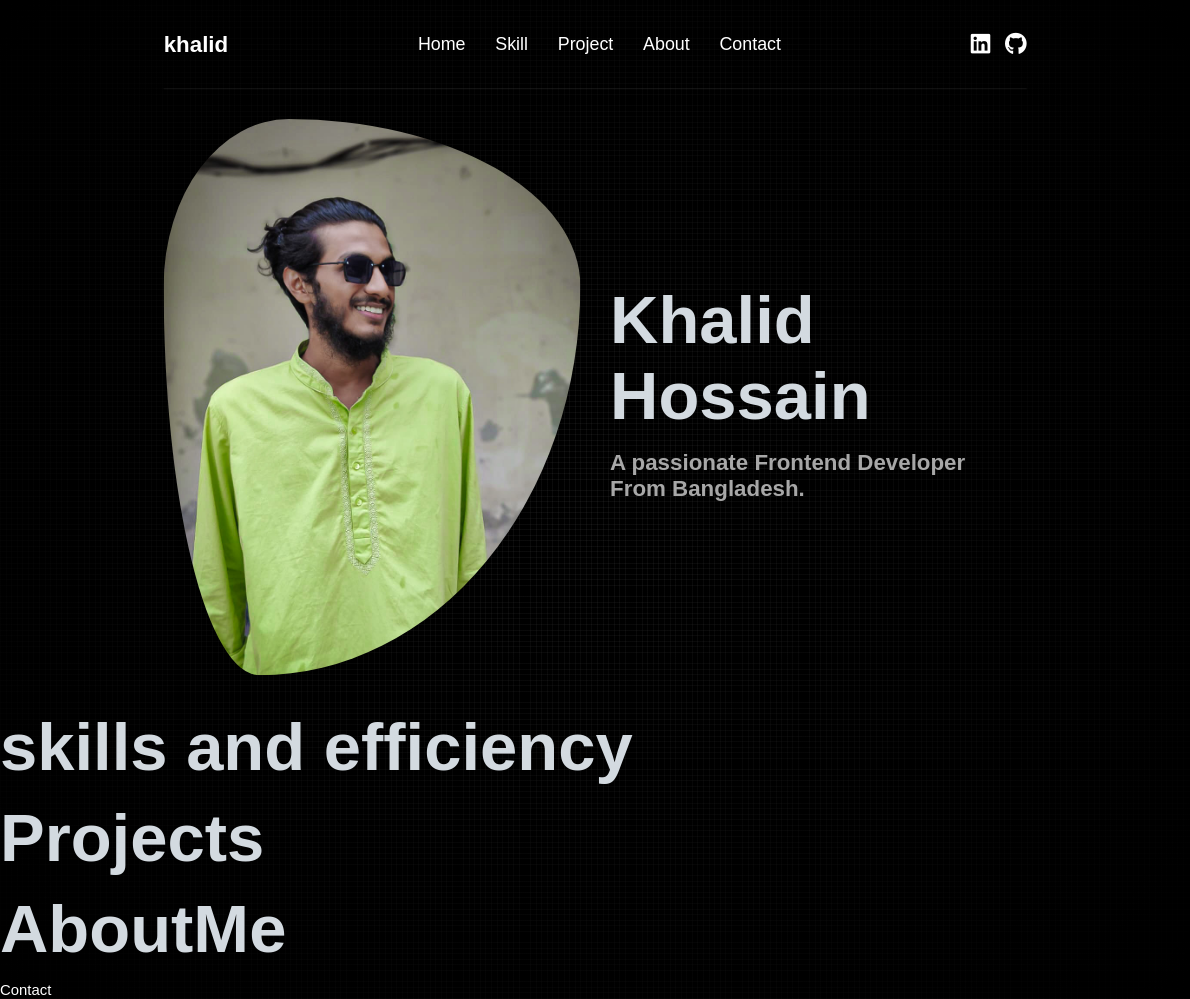
Repository: badhon252/my-portfolio
Page: /
The author's editor kept a copy of each file at every save. The page is drawn from the files as they stood at one save, then again after the next save.
The browser window is 1280 px wide. The pictures show the whole page, at 93% of full size.
The project was rebuilt for these pictures with package versions that can differ from the ones it lists, and the page was loaded fresh each time. Also part of the build but not shown: src/Components/Home/Header/Navbar/Navs/LinkedIn/LinkedIn.module.css, src/Components/Home/Header/Navbar/Navs/GitHub/Github.module.css.

Above is the page before, as saved 2023-01-15 23:55:21.

### public/index.html
<!DOCTYPE html>
<html lang="en">

<head>
    <meta charset="utf-8" />
    <link rel="icon" href="%PUBLIC_URL%/favicon.ico" />
    <meta name="viewport" content="width=device-width, initial-scale=1" />
    <meta name="theme-color" content="#000000" />
    <meta name="description" content="Web site created using create-react-app, Portfolio" />
    <link rel="apple-touch-icon" href="%PUBLIC_URL%/logo192.png" />
    <link rel="stylesheet" href="https://cdnjs.cloudflare.com/ajax/libs/font-awesome/6.2.1/css/all.min.css">
    <link rel="manifest" href="%PUBLIC_URL%/manifest.json" />

    <title>Portfolio Website</title>
</head>

<body>
    <div id="root"></div>

    <script src="https://platform.linkedin.com/badges/js/profile.js" async defer type="text/javascript"></script>

</body>

</html>

### src/index.css
body {
    margin: 0;
    font-family: -apple-system, BlinkMacSystemFont, 'Segoe UI', 'Roboto', 'Oxygen', 'Ubuntu', 'Cantarell', 'Fira Sans', 'Droid Sans', 'Helvetica Neue', sans-serif;
    -webkit-font-smoothing: antialiased;
    -moz-osx-font-smoothing: grayscale;
    background-color: #000000;
    background-image: radial-gradient(circle at center center, transparent 0%, rgb(0, 0, 0) 99%), repeating-linear-gradient(0deg, rgba(163, 163, 163, 0.07) 0px, rgba(163, 163, 163, 0.07) 1px, transparent 1px, transparent 6px), repeating-linear-gradient(90deg, rgba(163, 163, 163, 0.07) 0px, rgba(163, 163, 163, 0.07) 1px, transparent 1px, transparent 6px), linear-gradient(90deg, rgb(0, 0, 0), rgb(0, 0, 0));
    color: #ffffff;
}

code {
    font-family: source-code-pro, Menlo, Monaco, Consolas, 'Courier New', monospace;
}

* {
    margin: 0;
    padding: 0;
    box-sizing: border-box;
    font-family: 'Poppins', sans-serif;
}

### src/App.js
import Home from './Components/Home/Home';

function App() {
  return (
    <div className="App">
      <Home/>
    </div>
  );
}

export default App;

### src/Components/Home/Home.jsx
import AboutMe from "./AboutMe/AboutMe";
import Footer from "./Footer/Footer";
import Header from "./Header/Header";
import Projects from "./Project/Projects";
import Skill from "./Skill/Skill";


export default function Home() {
  return (
    <div>
        <Header />
        <Skill/>
        <Projects/>
        <AboutMe/>
        <Footer/>

    </div>
  )
}

### src/Components/Home/AboutMe/AboutMe.jsx
import React from 'react';

const AboutMe = () => {
    return (
        <div>
            <h1>AboutMe</h1>
        </div>
    );
}

export default AboutMe;

### src/Components/Home/Footer/Footer.jsx
import React from 'react'
import Contact from './Contact/Contact'

export default function Footer() {
  return (
    <div>
        <Contact/>
    </div>
  )
}

### src/Components/Home/Header/Header.jsx
import React from 'react'
import HeaderContent from './HeaderContent/HeaderContent'
import Navbar from './Navbar/Navbar'
import Classes from './Header.module.css'

export default function Header() {
  return (
    <div className={Classes.header}>
      <Navbar/>
      <HeaderContent/>
    </div>
  )
}

### src/Components/Home/Project/Projects.jsx
import React from 'react';

const Projects = () => {
    return (
        <div>
            <h1>Projects</h1>
        </div>
    );
}

export default Projects;

### src/Components/Home/Skill/Skill.jsx
import React from 'react';

const SkillEfficiency = () => {
    return (
        <div>
        <h1>skills and efficiency</h1>
        </div>
    );
}

export default SkillEfficiency;

### src/Components/Home/Header/HeaderContent/HeaderContent.jsx
import Badhon from "../../../../Assests/Images/badhon.jpg";
import HeroSection from './HeroSection'
import Classes from "./Header.module.css";

export default function HeaderContent() {
  return (
    <div>
      <div className={Classes.heroSection}>
          <div className={Classes.row}>
            <HeroSection col={Classes.col}/>
            <div className={Classes.col}>
              <img src={Badhon} alt="Badhon" className={Classes.heroImage} />
            </div>

        </div>
      </div>
    </div>
  )
}

### src/Components/Home/Header/Navbar/Navbar.jsx
import "./Navs/Navs.css"
import "./Navbar.css"
import NavbarBrand from './NavbarBrand/NavbarBrand'
import Nav from './Navs/Nav/Nav'
import LinkedIn from './Navs/LinkedIn/LinkedIn'
import GitHub from './Navs/GitHub/Github'

export default function Navbar() {
  return (
    <div className='navBar borderBottom'>
            <NavbarBrand/>
            <Nav/>
         <div className='navBar'>
            <LinkedIn/>
            <GitHub/>
         </div>
    </div>
  )
}

### src/Components/Home/Header/Header.module.css
.header {
    min-height: 100vh;
    margin: 0 10rem;
    color: aliceblue;
    padding: 0 1rem;
}

### src/Components/Home/Header/HeaderContent/HeroSection.jsx
import Classes from "./Header.module.css";


export default function HeroSection({col}) {
  return (
    <div className={col}>
          <h1 className={Classes.h1}>Khalid Hossain</h1>
          <p>
            A passionate <span>Frontend Developer </span> From Bangladesh.
          </p>
    </div>
  );
}

### src/Components/Home/Header/HeaderContent/Header.module.css
.row {
    display: flex;
    flex-direction: row-reverse;
    justify-content: space-between;
    align-items: center;
    flex-wrap: wrap;
    margin: 2rem 0;
    gap: 2rem;
}

.col {
    flex-basis: 45%;
    flex: 1;
}

.heroImage {
    min-width: 300px;
    max-width: 600px;
    width: 100%;
    height: auto;
    box-sizing: border-box;
    overflow: hidden;
    transition: .7s;
    border-radius: 30% 70% 77% 23% / 30% 30% 70% 70%;
}

.heroImage:hover {
    border-radius: 63% 27% 57% 16% / 42% 28% 38% 39%;
}

h1 {
    font-size: 4.5em;
    font-weight: 700;
    margin-bottom: 1rem;
    color: rgba(240, 248, 255, 0.877);
}

h1 span {
    color: #49ff12;
}

p {
    font-size: 1.5em;
    font-weight: 600;
    margin-bottom: 1rem;
    color: rgba(255, 255, 255, 0.651);
}

### src/Components/Home/Header/Navbar/Navs/Navs.css
.flexRow {
    display: flex;
    justify-content: space-between;
    align-items: center;
    flex-wrap: wrap;
    gap: 2rem;
}

.me_1 {
    margin-right: 1rem;
}

### src/Components/Home/Header/Navbar/Navbar.css
.boxShadow {
    -webkit-box-shadow: 0px 22px 40px -37px rgba(255, 255, 255, 1);
    -moz-box-shadow: 0px 22px 40px -37px rgba(255, 255, 255, 1);
    box-shadow: 0px 22px 40px -37px rgba(255, 255, 255, 1);
}

.borderBottom {
    border-bottom: 1px solid #f6f6f612;
}

### src/Components/Home/Header/Navbar/NavbarBrand/NavbarBrand.jsx
import Classes from "./NavbarBrand.module.css"
export default function NavbarBrand() {
  return (
    <div className={Classes.navbarBrand}>khalid</div>
  )
}

### src/Components/Home/Header/Navbar/Navs/Nav/Nav.jsx
import "./../Navs.css"
import "./Nav.css"
export default function Nav() {
  return (
    <div>
        <nav className="navBar" >
            <div className="container-fluid">

                {/* <button className="navbar-toggler" type="button" data-bs-toggle="collapse" data-bs-target="#navbarSupportedContent" aria-controls="navbarSupportedContent" aria-expanded="false" aria-label="Toggle navigation">
                <span className="navbar-toggler-icon"></span>
                </button> */}
                <div className="collapse navbar-collapse" id="navbarSupportedContent">
                <ul className="flexRow navbar-nav me-auto mb-2 mb-lg-0">
                    <li className="nav-item">
                    <a className="nav-link" href="#home">Home</a>
                    </li>
                    <li className="nav-item">
                    <a className="nav-link" href="#skill">Skill</a>
                    </li>
                    <li className="nav-item">
                    <a className="nav-link" href="#project">Project</a>
                    </li>
                    <li className="nav-item">
                    <a className="nav-link" href="#aboutMe">About</a>
                    </li>
                     <li className="nav-item">
                    <a className="nav-link" href="#contact">Contact</a>
                    </li>

                </ul>

                </div>
            </div>
        </nav>
    </div>
  )
}

### src/Components/Home/Header/Navbar/Navs/LinkedIn/LinkedIn.jsx
import "./LinkedIn.module.css"

export default function LinkedIn() {
  return (
    <div className='me_1' >
      <a href="https://www.linkedin.com/in/khalidhossainbadhon/" target="_blank" rel="noreferrer">
     <i class="fa-brands fa-linkedin"></i>
      </a>
    </div>
  )
}

### src/Components/Home/Header/Navbar/Navs/GitHub/Github.jsx
import Classes from "./Github.module.css"

export default function GitHub() {
  return (
    <div className={Classes.faBrands}>
      <a href="https://github.com/badhon252"><i class="fa-brands fa-github"></i></a>
    </div>
  )
}

### src/Components/Home/Header/Navbar/NavbarBrand/NavbarBrand.module.css
.navbarBrand {
    font-size: 1.5rem;
    font-weight: 700;
    color: rgb(255, 255, 255);
}

### src/Components/Home/Header/Navbar/Navs/Nav/Nav.css
.navBar {
    display: flex;
    justify-content: space-between;
    align-items: center;
    padding: 1.1rem 0;
    flex-wrap: wrap;
}

.navbar-nav {
    list-style-type: none;
    display: flex;
    justify-content: space-between;
}

.navbar-nav li a {
    text-decoration: none;
    color: rgb(255, 255, 255);
    font-size: 1.2rem;
    font-weight: 500;
    transition: all 0.3s ease-in-out;
}

.navbar-nav li a:hover {
    color: #49ff12;
}

.navbar-nav li a.active {
    color: #bb0707;
}

.navbar-nav li a.active:hover {
    color: #f1f1f1;
}

.navbar-nav li a.active::after {
    content: "";
    display: block;
    width: 100%;
    height: 2px;
    background: #f1f1f1;
    margin-top: 5px;
}

.navbar-nav li a.active:hover::after {
    background: #f1f1f1;
}

.fa-brands,
.fab {
    font-weight: 400;
    font-size: 1.5rem;
    color: #fff;
}

Loaded but not shown: src/index.js (common file); src/reportWebVitals.js (common file); src/Components/Home/Footer/Contact/Contact.jsx (common file)

After the next save:
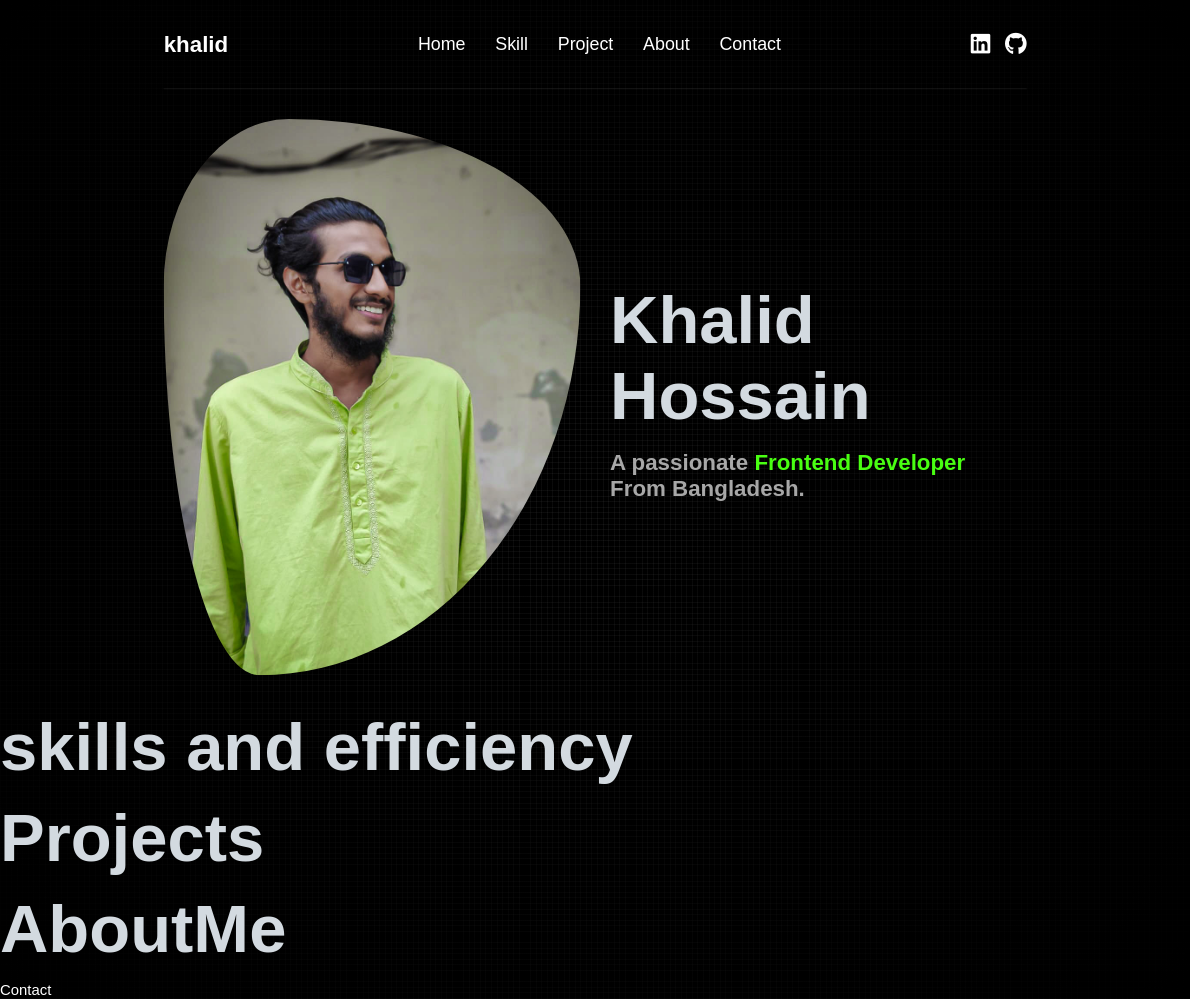
Saved 13 s later.
--- a/src/Components/Home/Header/HeaderContent/Header.module.css
+++ b/src/Components/Home/Header/HeaderContent/Header.module.css
@@ -35,7 +35,7 @@ h1 {
     color: rgba(240, 248, 255, 0.877);
 }
 
-h1 span {
+p span {
     color: #49ff12;
 }
 
